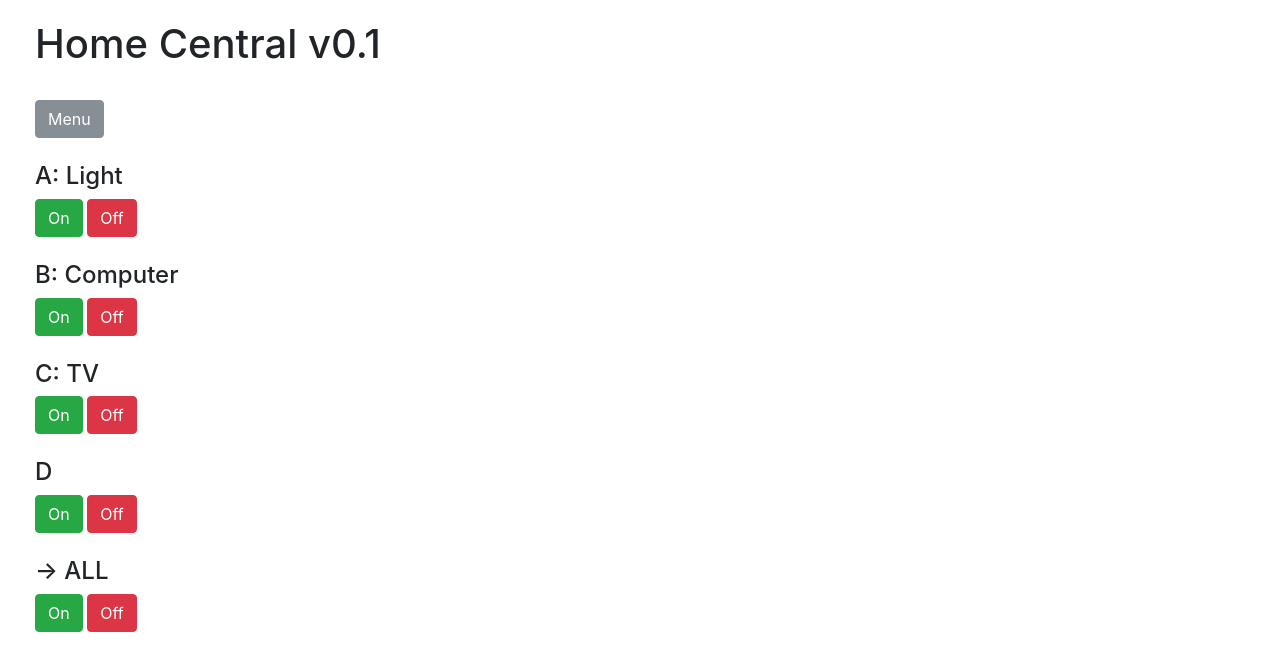
Repository: RobinWarth/Smart-Home-Solutions
Page: Code/Node/public/oauth.html
The author's editor kept a record of every edit. The page is drawn from the files as they stood at one moment, then again after the next edit.
The browser window is 1280 px wide. The pictures show the whole page.

Above is the page before.

### Code/Node/public/oauth.html
<!DOCTYPE html>
<html lang="en">

<head>

    <meta charset="utf-8">
    <meta name="viewport" content="width=device-width, initial-scale=1, shrink-to-fit=no">
    <meta name="description" content="">
    <meta name="author" content="">

    <title>Home Control</title>

    <!-- Bootstrap core CSS -->
    <link href="css/bootstrap.min.css" rel="stylesheet">

    <!-- Custom styles for this template -->
    <link href="css/simple-sidebar.css" rel="stylesheet">

</head>

<body>

    <div id="wrapper">



        <!-- Page Content -->
        <div id="page-content-wrapper">
            <div class="container-fluid">
                <h1>Home Central v0.1</h1>
                <br>
                <a href="#menu-toggle" class="btn btn-secondary" id="menu-toggle">Menu</a>
                <br>
                <br>

                <h4>A: Light</h4>
                <button type="button" id="buttonAon" class="btn btn-success">On</button>
                <button type="button" id="buttonAoff" class="btn btn-danger">Off</button>
                <br>
                <br>
                <h4>B: Computer</h4>
                <button type="button" id="buttonBon" class="btn btn-success">On</button>
                <button type="button" id="buttonBoff" class="btn btn-danger">Off</button>
                <br>
                <br>
                <h4>C: TV</h4>
                <button type="button" id="buttonCon" class="btn btn-success">On</button>
                <button type="button" id="buttonCoff" class="btn btn-danger">Off</button>
                <br>
                <br>
                <h4>D</h4>
                <button type="button" id="buttonDon" class="btn btn-success">On</button>
                <button type="button" id="buttonDoff" class="btn btn-danger">Off</button>
                <br>
                <br>
                <h4>-> ALL</h4>
                <button type="button" class="btn btn-success">On</button>
                <button type="button" class="btn btn-danger">Off</button>
                <br>
                <br>




            </div>
        </div>
        <!-- /#page-content-wrapper -->

    </div>
    <!-- /#wrapper -->



    <!-- Bootstrap core JavaScript -->
    <script src="js/jquery.min.js"></script>
    <script src="js/bootstrap.bundle.min.js"></script>

    <!-- Menu Toggle Script -->
    <script>
    $("#menu-toggle").click(function(e) {
        e.preventDefault();
        $("#wrapper").toggleClass("toggled");
    });
    </script>

    <script src="js/index.js"></script>

</body>

</html>

### Code/Node/public/css/simple-sidebar.css
/*!
 * Start Bootstrap - Simple Sidebar (https://startbootstrap.com/template-overviews/simple-sidebar)
 * Copyright 2013-2017 Start Bootstrap
 * Licensed under MIT (https://github.com/BlackrockDigital/startbootstrap-simple-sidebar/blob/master/LICENSE)
 */

body {
  overflow-x: hidden;
}

#wrapper {
  padding-left: 0;
  -webkit-transition: all 0.5s ease;
  -moz-transition: all 0.5s ease;
  -o-transition: all 0.5s ease;
  transition: all 0.5s ease;
}

#wrapper.toggled {
  padding-left: 250px;
}

#sidebar-wrapper {
  z-index: 1000;
  position: fixed;
  left: 250px;
  width: 0;
  height: 100%;
  margin-left: -250px;
  overflow-y: auto;
  background: #000;
  -webkit-transition: all 0.5s ease;
  -moz-transition: all 0.5s ease;
  -o-transition: all 0.5s ease;
  transition: all 0.5s ease;
}

#wrapper.toggled #sidebar-wrapper {
  width: 250px;
}

#page-content-wrapper {
  width: 100%;
  position: absolute;
  padding: 15px;
}

#wrapper.toggled #page-content-wrapper {
  position: absolute;
  margin-right: -250px;
}


/* Sidebar Styles */

.sidebar-nav {
  position: absolute;
  top: 0;
  width: 250px;
  margin: 0;
  padding: 0;
  list-style: none;
}

.sidebar-nav li {
  text-indent: 20px;
  line-height: 40px;
}

.sidebar-nav li a {
  display: block;
  text-decoration: none;
  color: #999999;
}

.sidebar-nav li a:hover {
  text-decoration: none;
  color: #fff;
  background: rgba(255, 255, 255, 0.2);
}

.sidebar-nav li a:active, .sidebar-nav li a:focus {
  text-decoration: none;
}

.sidebar-nav>.sidebar-brand {
  height: 65px;
  font-size: 18px;
  line-height: 60px;
}

.sidebar-nav>.sidebar-brand a {
  color: #999999;
}

.sidebar-nav>.sidebar-brand a:hover {
  color: #fff;
  background: none;
}

@media(min-width:768px) {
  #wrapper {
    padding-left: 0;
  }
  #wrapper.toggled {
    padding-left: 250px;
  }
  #sidebar-wrapper {
    width: 0;
  }
  #wrapper.toggled #sidebar-wrapper {
    width: 250px;
  }
  #page-content-wrapper {
    padding: 20px;
    position: relative;
  }
  #wrapper.toggled #page-content-wrapper {
    position: relative;
    margin-right: 0;
  }
}

### Code/Node/public/js/index.js
function postRaspberry(endpointId, status) {
    let url = window.location.href;
    let fullUrl = url + "input";

    let attempt = {
        endpointId: endpointId,
        properties: [{
            namespace: "Alexa.PowerController",
            name: "powerState",
            value: status,
            timeOfSample: "2017-09-03T16:20:50.52Z", //retrieve from result.
            uncertaintyInMilliseconds: 500
        }]
    };
    let attemptString = JSON.stringify(attempt);
    console.log(attemptString);


    jQuery.ajax({
        type: "POST",
        url: fullUrl,
        data: attemptString,
        success: callbackSuccess,
        dataType: "json",
        contentType: 'application/json'
    });
}

function callbackSuccess(data, status) {
    console.log("Data: " + data + "\nStatus: " + status);
}


jQuery("#buttonAon").click(function() {
    postRaspberry("wirelessSwitch1", "ON");
});

jQuery("#buttonAoff").click(function() {
    postRaspberry("wirelessSwitch1", "OFF");
});

jQuery("#buttonBon").click(function() {
    postRaspberry("wirelessSwitch2", "ON");
});

jQuery("#buttonBoff").click(function() {
    postRaspberry("wirelessSwitch2", "OFF");
});

jQuery("#buttonCon").click(function() {
    postRaspberry("wirelessSwitch3", "ON");
});

jQuery("#buttonCoff").click(function() {
    postRaspberry("wirelessSwitch3", "OFF");
});

jQuery("#buttonDon").click(function() {
    postRaspberry("wirelessSwitch4", "ON");
});

jQuery("#buttonDoff").click(function() {
    postRaspberry("wirelessSwitch4", "OFF");
});

jQuery("#buttonAllon").click(function() {
    postRaspberry("wirelessSwitch1", "ON"); //change
});

jQuery("#buttonAlloff").click(function() {
    postRaspberry("wirelessSwitch1", "OFF"); //change
});

Loaded but not shown: Code/Node/public/css/bootstrap.min.css (library); Code/Node/public/js/jquery.min.js (library); Code/Node/public/js/bootstrap.bundle.min.js (library)

After the next edit:
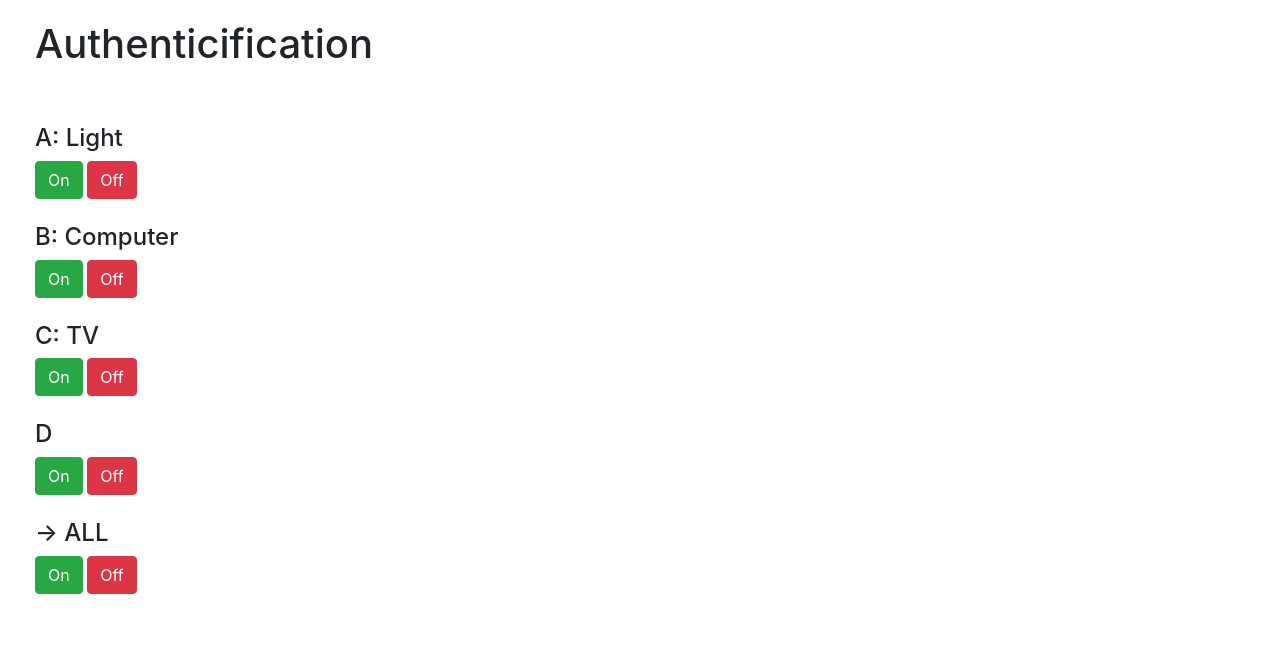
The edit:
--- a/Code/Node/public/oauth.html
+++ b/Code/Node/public/oauth.html
@@ -27,9 +27,7 @@
         <!-- Page Content -->
         <div id="page-content-wrapper">
             <div class="container-fluid">
-                <h1>Home Central v0.1</h1>
-                <br>
-                <a href="#menu-toggle" class="btn btn-secondary" id="menu-toggle">Menu</a>
+                <h1>Authenticification</h1>
                 <br>
                 <br>
 
